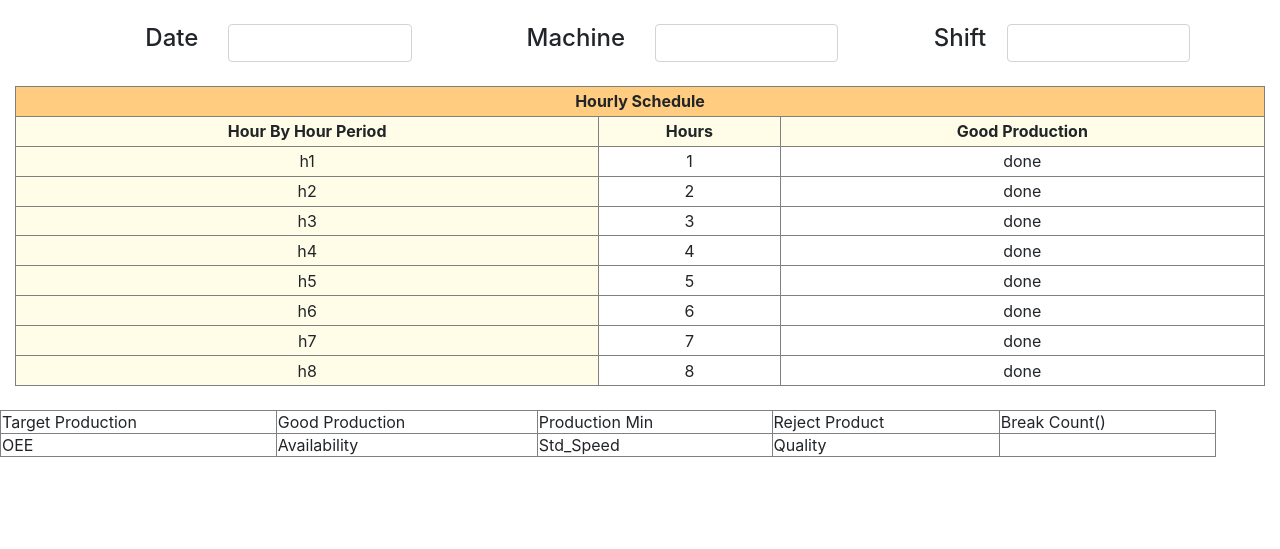
Repository: hisamit97/TVS-Locas
Page: index.html
An editor plug-in stored every save of this project. The page is shown before and after the next save, followed by the edit.
The browser window is 1280 px wide. The pictures show the whole page.

Above is the page before, as saved 2020-12-01 11:46:43.

### index.html
<html>

<head>
    <title>TVS LoCas</title>
    <link rel="stylesheet" href="https://cdn.jsdelivr.net/npm/bootstrap@4.5.3/dist/css/bootstrap.min.css" integrity="sha384-TX8t27EcRE3e/ihU7zmQxVncDAy5uIKz4rEkgIXeMed4M0jlfIDPvg6uqKI2xXr2" crossorigin="anonymous">

<!-- jQuery and JS bundle w/ Popper.js -->
<script src="https://code.jquery.com/jquery-3.5.1.slim.min.js" integrity="sha384-DfXdz2htPH0lsSSs5nCTpuj/zy4C+OGpamoFVy38MVBnE+IbbVYUew+OrCXaRkfj" crossorigin="anonymous"></script>
<script src="https://cdn.jsdelivr.net/npm/bootstrap@4.5.3/dist/js/bootstrap.bundle.min.js" integrity="sha384-ho+j7jyWK8fNQe+A12Hb8AhRq26LrZ/JpcUGGOn+Y7RsweNrtN/tE3MoK7ZeZDyx" crossorigin="anonymous"></script>
</head>
<body>
    <div class="container-fluid">
        <div class="row">
            <div class="col-md-4"></div>
            <div class="col-md-4"></div>
            <div class="col-md-4"></div>
        </div>
        <br>
        <div class="row" >
            <div class="col-md-4">
                <div class="row">
                    <div class="col-md-6 text-right"><h4>Date</h4></div>
                    <div class="col-md-6"><input type="text" class="form-control mr-3"></div>
                </div>
            </div>
            <div class="col-md-4">
                <div class="row">
                    <div class="col-md-6 text-right" ><h4>Machine</h4></div>
                    <div class="col-md-6"><input type="text" class="form-control"></div>
                </div>
            </div>
            <div class="col-md-4">
                <div class="row">
                    <div class="col-md-6 text-center"><h4>Shift</h4></div>
                    <div class="col-md-6" style="margin-left: -75px;"><input type="text" class="form-control"></div>
                </div>
            </div>
        </div>
        <br>
        <div class="row">
            <div class="col-md-12">
                <table width="100%" border="1" height="300px">
                   <tr style="text-align: center;background:#ffcc80;">
                       <th colspan="3">Hourly Schedule</th>
                   </tr>
                   <tr style="text-align: center; background: #fffde7;">
                       <th >Hour By Hour Period</th>
                       <th>Hours</th>
                       <th>Good Production</th>
                    </tr>
                    <tr style="text-align: center;">
                        <td style="background:#fffde7;">h1</td>
                        <td>1</td>
                        <td>done</td>
                    </tr>
                    <tr style="text-align: center;">
                        <td style="background:#fffde7;">h2</td>
                        <td>2</td>
                        <td>done</td>
                    </tr>
                    <tr style="text-align: center;">
                        <td style="background:#fffde7;">h3</td>
                        <td>3</td>
                        <td>done</td>
                    </tr>
                    <tr style="text-align: center;">
                        <td style="background:#fffde7;">h4</td>
                        <td>4</td>
                        <td>done</td>
                    </tr>
                    <tr style="text-align: center;">
                        <td style="background:#fffde7;">h5</td>
                        <td>5</td>
                        <td>done</td>
                    </tr>
                    <tr style="text-align: center;">
                        <td style="background:#fffde7;">h6</td>
                        <td>6</td>
                        <td>done</td>
                    </tr>
                    <tr style="text-align: center;">
                        <td style="background:#fffde7;">h7</td>
                        <td>7</td>
                        <td>done</td>
                    </tr>
                    <tr style="text-align: center;">
                        <td style="background:#fffde7;">h8</td>
                        <td>8</td>
                        <td>done</td>
                    </tr>
                </table>
            </div>
        </div>
        <br>
        <div class="row">
            <table width="95%" border=1>
                <tr>
                    <td>Target Production</td>
                    <td>Good Production</td>
                    <td>Production Min</td>
                    <td>Reject Product</td>
                    <td>Break Count()</td>
                </tr>
                <tr>
                    <td>OEE</td>
                    <td>Availability</td>
                    <td>Std_Speed</td>
                    <td>Quality</td>
                </tr>
            </table>
        </div>
        <br>

    </div>
</body>
</html>

After the next save:
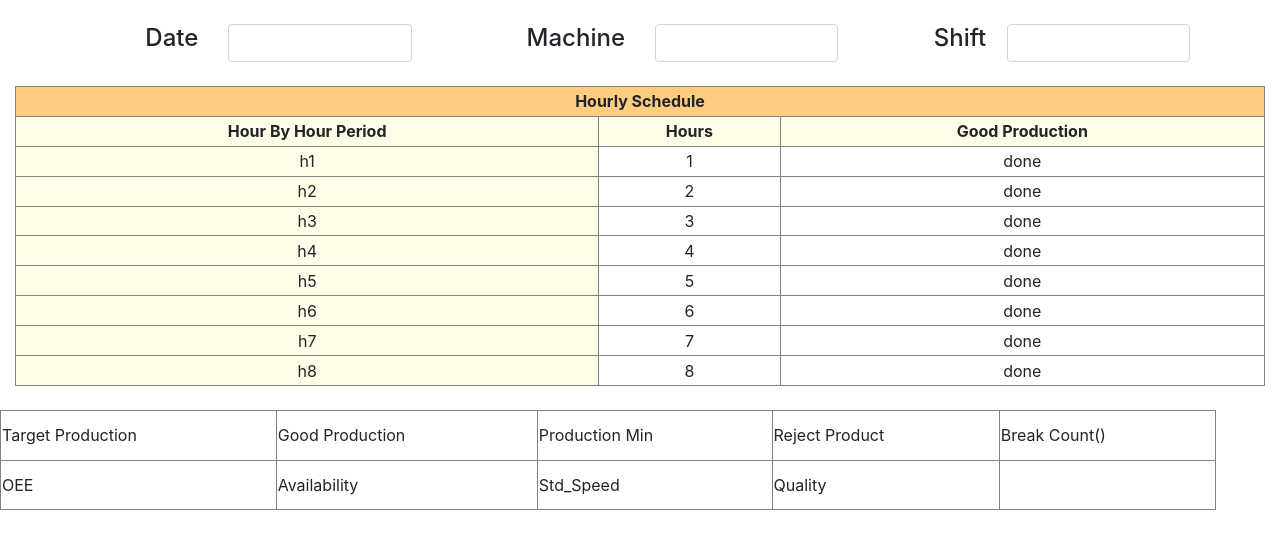
Saved 73 s later.
--- a/index.html
+++ b/index.html
@@ -93,7 +93,7 @@
         </div>
         <br>
         <div class="row">
-            <table width="95%" border=1>
+            <table width="95%" border=1 height="100px">
                 <tr>
                     <td>Target Production</td>
                     <td>Good Production</td>
